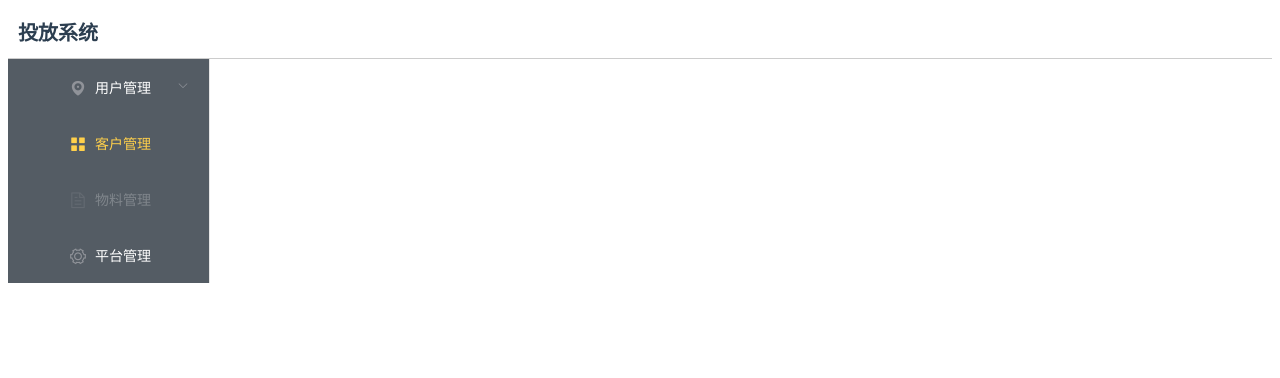
Repository: li1195382526/buy
Page: /
An editor plug-in stored every save of this project. The page is shown before and after a run of saves, followed by the edit.
The browser window is 1280 px wide. The pictures show the whole page.
The project was rebuilt for these pictures with package versions that can differ from the ones it lists, and the page was loaded fresh each time. Also part of the build but not shown: src/components/HelloWorld.vue.

Above is the page before, as saved 2021-06-04 17:11:48.

After the next 2 saves:
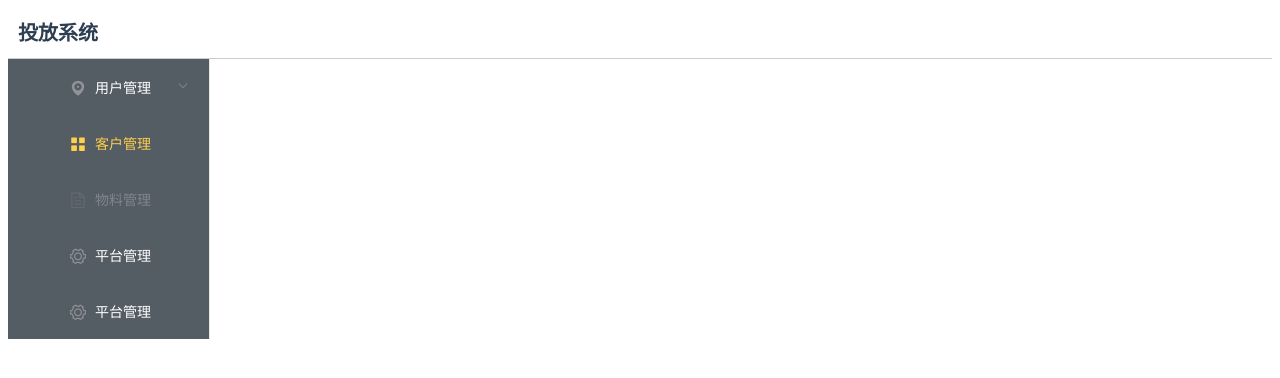
The 2 saves are shown as one change because they came seconds apart.
The last was saved 7 s later.
--- a/src/page/meun/index.vue
+++ b/src/page/meun/index.vue
@@ -40,6 +40,10 @@
         <i class="el-icon-setting"></i>
         <span slot="title">平台管理</span>
       </el-menu-item>
+      <el-menu-item index="5">
+        <i class="el-icon-setting"></i>
+        <span slot="title">平台管理</span>
+      </el-menu-item>
     </el-menu>
   </el-col>
 </el-row>
